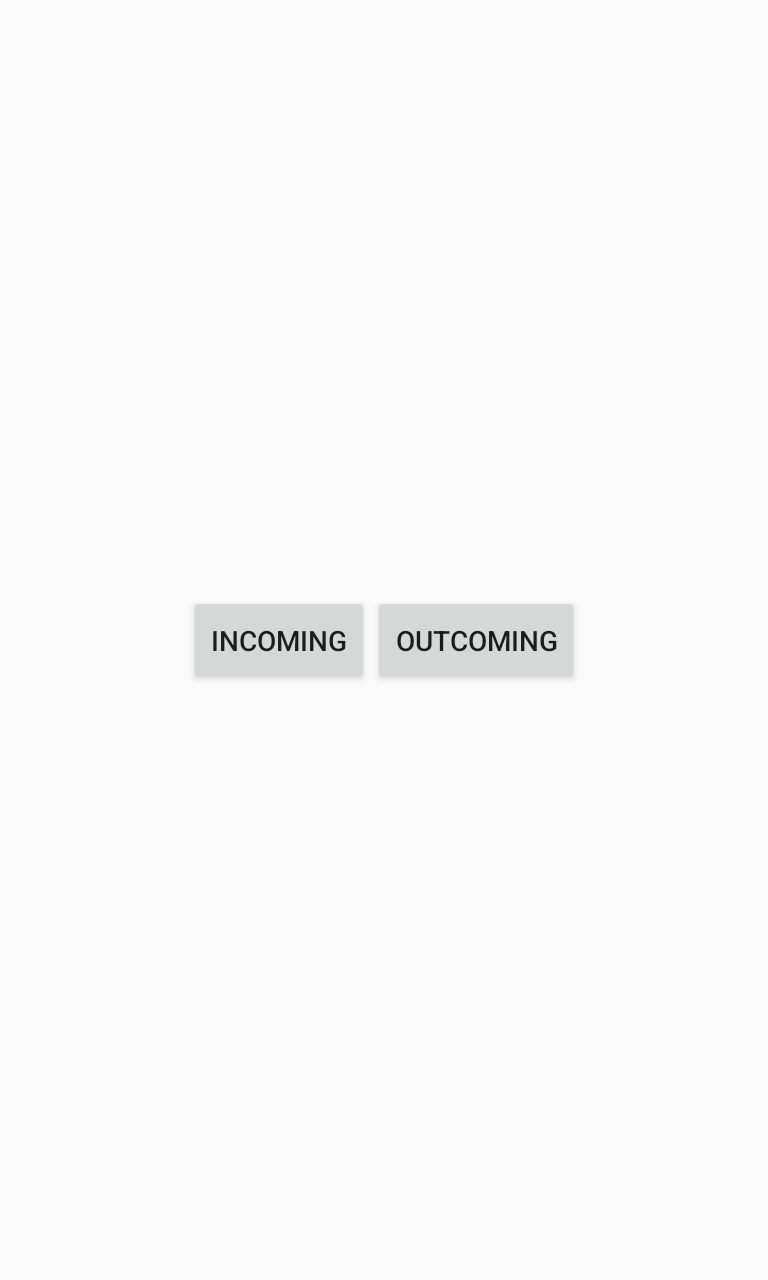
Repository: juanciullini/costManager
Layout: costManager/res/layout/fragment_main.xml
An editor plug-in stored every save of this project. The layout is shown before and after the next save, followed by the edit.
It is drawn on a 768 x 1280 px phone screen (xhdpi) without system bars, with theme AppTheme; the app's code is not run.

Above is the layout before, as saved 2014-10-28 17:01:50.

After the next save:
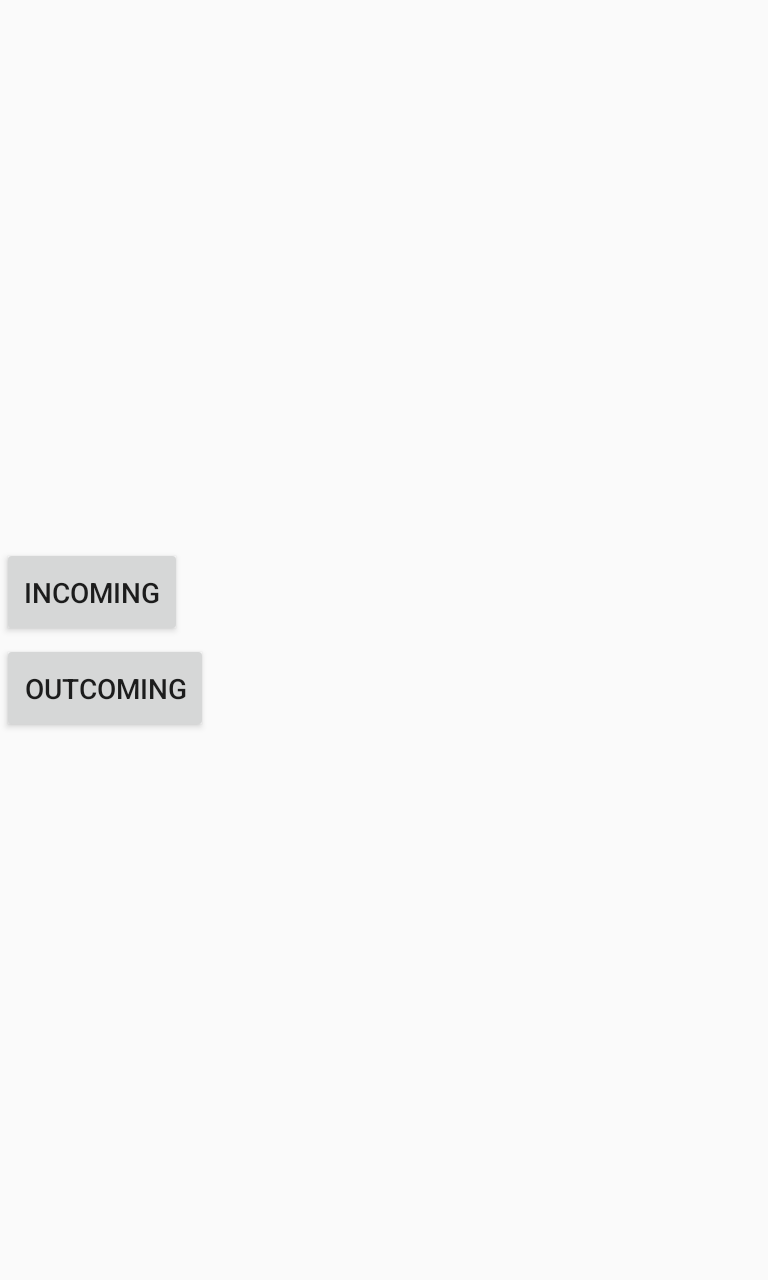
Saved 29 s later.
--- a/costManager/res/layout/fragment_main.xml
+++ b/costManager/res/layout/fragment_main.xml
@@ -2,8 +2,8 @@
     xmlns:tools="http://schemas.android.com/tools"
     android:layout_width="match_parent"
     android:layout_height="match_parent"
-    android:gravity="center_vertical|center_horizontal"
-    android:orientation="horizontal"
+    android:gravity="center_vertical"
+    android:orientation="vertical"
     tools:context="com.june.costmanager.MainActivity$PlaceholderFragment" >
 
     <Button
